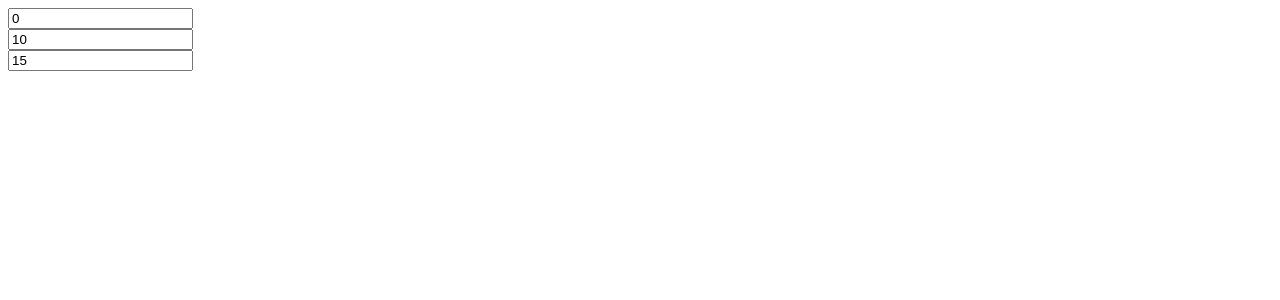
Repository: charles014/curso-react-2020
Page: / (app in react-funcional/)
These files come from the project's save history. The page is drawn as it stood at one moment and after the next save; the edit follows.
The browser window is 1280 px wide. The pictures show the whole page.
The project was rebuilt for these pictures with package versions that can differ from the ones it lists, and the page was loaded fresh each time.

Above is the page before, as saved 2020-09-21 14:31:39.

### react-funcional/src/App.js
import React, {useState} from 'react';

function App() {
 const [numero, setNumero] = useState(0)
 const [segundoNumero, setSegundoNumero] = useState(10)
 const [resultado, setResultado] = useState(15)

  return (
    <div>
      <input type="text" value={numero}/> <br/>
      <input type="text" value={segundoNumero}/><br/>
      <input type="text" value={resultado}/><br/>
    </div>
  );
}

export default App;

Loaded but not shown: react-funcional/public/index.html (common file); react-funcional/src/index.js (common file)

After the next save:
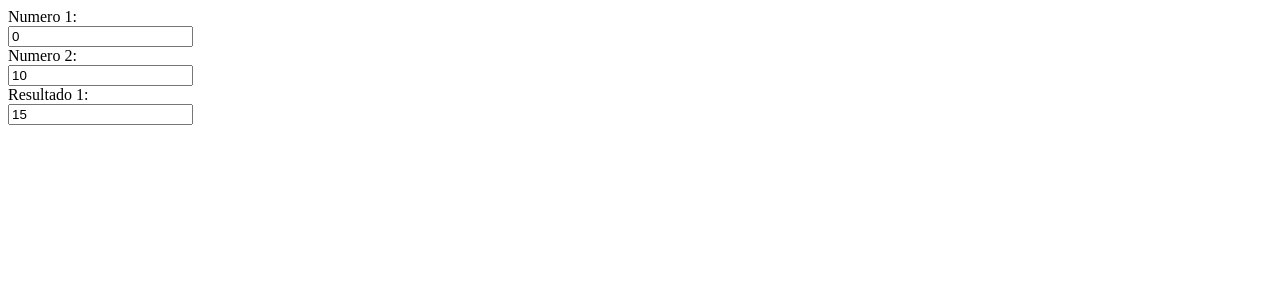
Saved 39 s later.
--- a/react-funcional/src/App.js
+++ b/react-funcional/src/App.js
@@ -7,8 +7,11 @@ function App() {
 
   return (
     <div>
+      Numero 1: <br/>
       <input type="text" value={numero}/> <br/>
+      Numero 2: <br/>
       <input type="text" value={segundoNumero}/><br/>
+      Resultado 1: <br/>
       <input type="text" value={resultado}/><br/>
     </div>
   );
